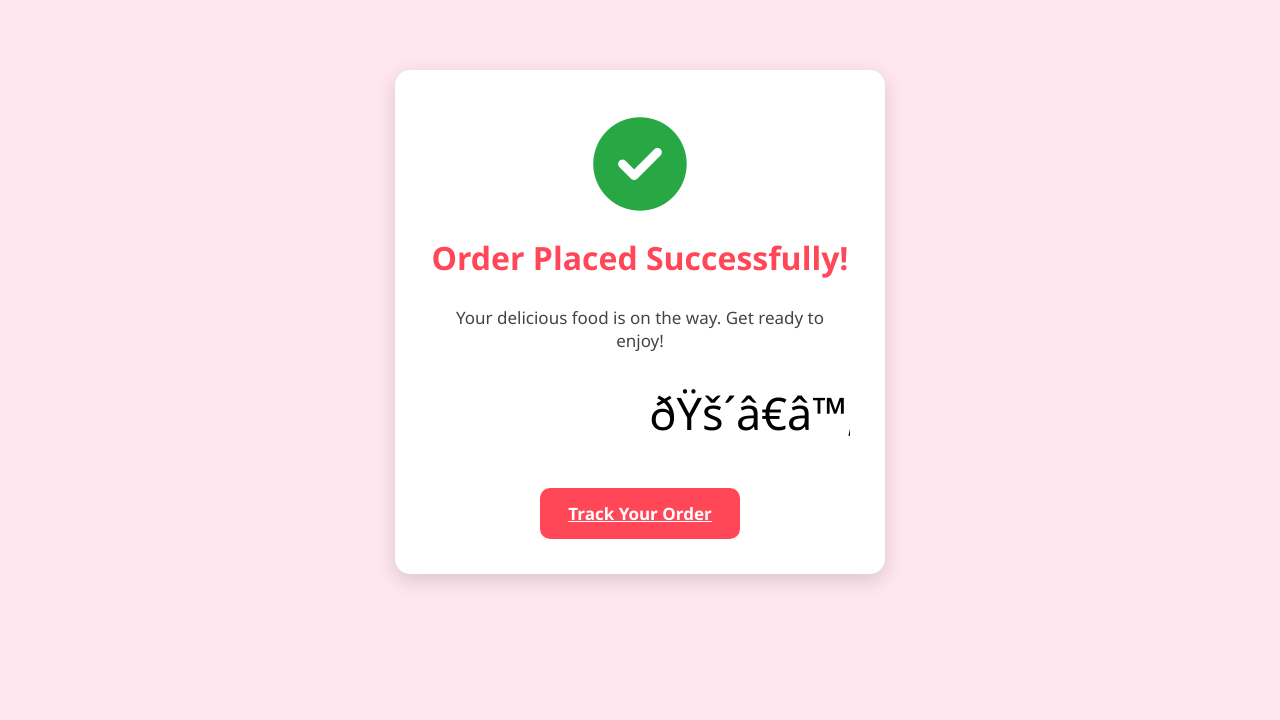
Repository: srinithiashoka/FoodDeliveryApp
Page: http://localhost/FoodDeliveryApp/success.jsp
These files come from the project's save history. The page is drawn as it stood at one moment and after the next save; the edit follows.
The browser window is 1280 px wide. The pictures show the whole page.
The page is served by Tomcat 10.

Above is the page before, as saved 2025-12-03 13:50:26.

After the next save:
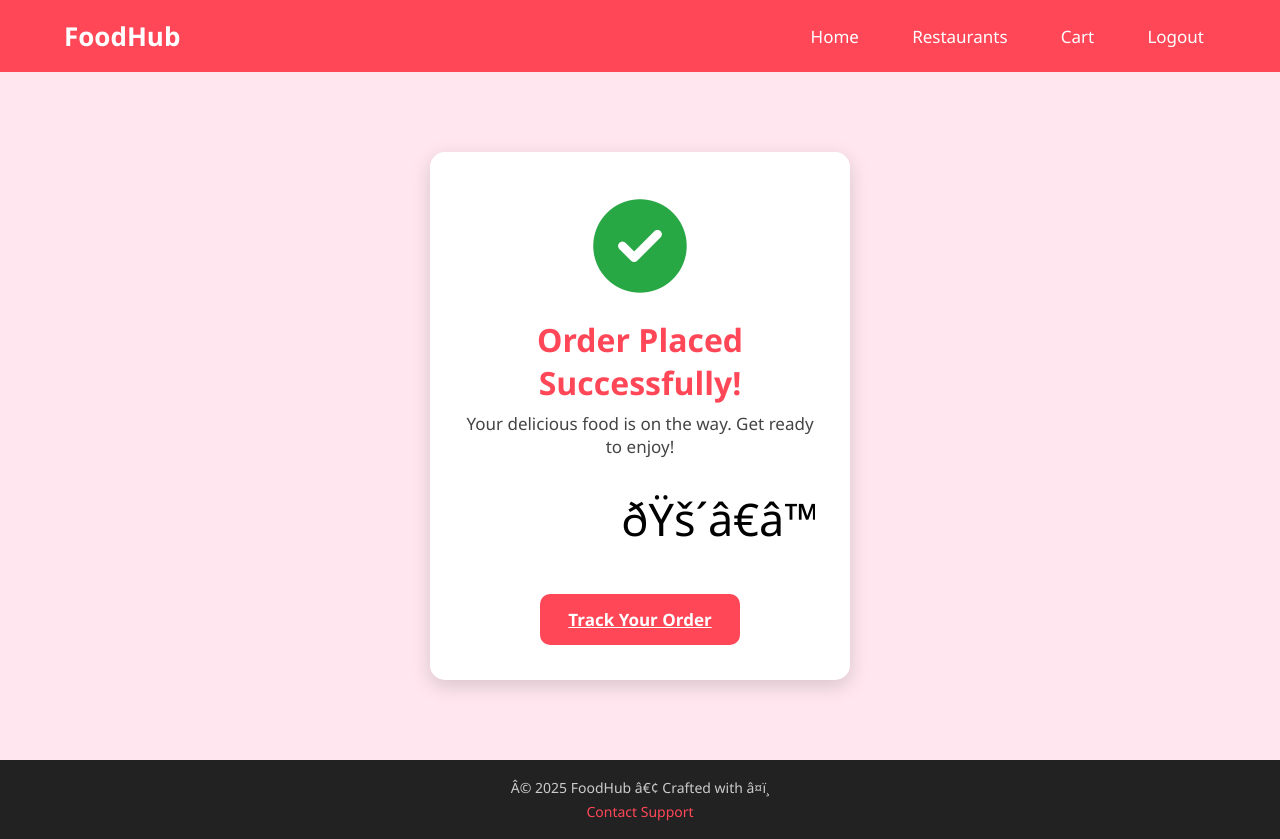
Saved 73 s later.
--- a/FoodDeliveryApp/src/main/webapp/success.jsp
+++ b/FoodDeliveryApp/src/main/webapp/success.jsp
@@ -7,17 +7,51 @@
 
 <style>
 
-/* Use your theme */
-body {
+/* GLOBAL */
+*{margin:0;padding:0;box-sizing:border-box;}
+body{
     background:#ffe6ef;
-    margin:0;
     font-family:"Segoe UI", Tahoma, Geneva, Verdana, sans-serif;
 }
 
-/* Center container */
+/* HEADER */
+header{
+    background:#ff4757;
+    padding:18px 0;
+    color:#fff;
+    position:sticky;
+    top:0;
+    z-index:100;
+}
+.container{
+    width:90%;
+    max-width:1200px;
+    margin:auto;
+    display:flex;
+    align-items:center;
+    justify-content:space-between;
+}
+.logo{
+    font-size:26px;
+    font-weight:700;
+}
+.nav a{
+    margin-left:25px;
+    font-size:17px;
+    color:white;
+    text-decoration:none;
+    padding:6px 12px;
+}
+.nav a:hover{
+    background:white;
+    color:#ff4757;
+    border-radius:6px;
+}
+
+/* SUCCESS BOX */
 .success-container {
     width: 420px;
-    margin: 70px auto;
+    margin: 80px auto;
     background: white;
     padding: 35px;
     border-radius: 15px;
@@ -58,7 +92,7 @@ body {
     animation: moveBoy 3s linear infinite;
 }
 
-/* Track order button = like your theme */
+/* Track btn */
 .track-btn {
     display: inline-block;
     margin-top: 20px;
@@ -75,18 +109,33 @@ body {
     transform:scale(1.05);
 }
 
-/* Animations */
+/* FOOTER */
+footer{
+    background:#222;
+    color:#ccc;
+    text-align:center;
+    padding:18px 0;
+    margin-top:60px;
+    font-size:14px;
+}
+footer a{
+    color:#ff4757;
+    text-decoration:none;
+}
+footer a:hover{
+    text-decoration:underline;
+}
+
+/* ANIMATIONS */
 @keyframes pop {
     from { transform: scale(0.7); opacity:0; }
     to { transform: scale(1); opacity:1; }
 }
-
 @keyframes tickBounce {
     0% {transform:scale(1);}
     50% {transform:scale(1.12);}
     100% {transform:scale(1);}
 }
-
 @keyframes moveBoy {
     0% {transform:translateX(-120%);}
     100% {transform:translateX(120%);}
@@ -97,9 +146,22 @@ body {
 
 <body>
 
+<!-- HEADER -->
+<header>
+    <div class="container">
+        <div class="logo">FoodHub</div>
+        <div class="nav">
+            <a href="home.jsp">Home</a>
+            <a href="restaurants.jsp">Restaurants</a>
+            <a href="cart.jsp">Cart</a>
+            <a href="logout">Logout</a>
+        </div>
+    </div>
+</header>
+
+
+<!-- SUCCESS BOX -->
 <div class="success-container">
-
-    <!-- Success tick -->
     <div class="success-icon">
         <i class="fa-solid fa-circle-check"></i>
     </div>
@@ -107,7 +169,6 @@ body {
     <h2>Order Placed Successfully!</h2>
     <p>Your delicious food is on the way. Get ready to enjoy!</p>
 
-    <!-- Delivery animation -->
     <div class="delivery-animation">
         <div class="delivery-boy">🚴‍♂️💨</div>
     </div>
@@ -115,5 +176,13 @@ body {
     <a href="trackOrder.jsp" class="track-btn">Track Your Order</a>
 </div>
 
+
+<!-- FOOTER -->
+<footer>
+    © 2025 FoodHub • Crafted with ❤️
+    <br>
+    <a href="contact.jsp">Contact Support</a>
+</footer>
+
 </body>
 </html>
